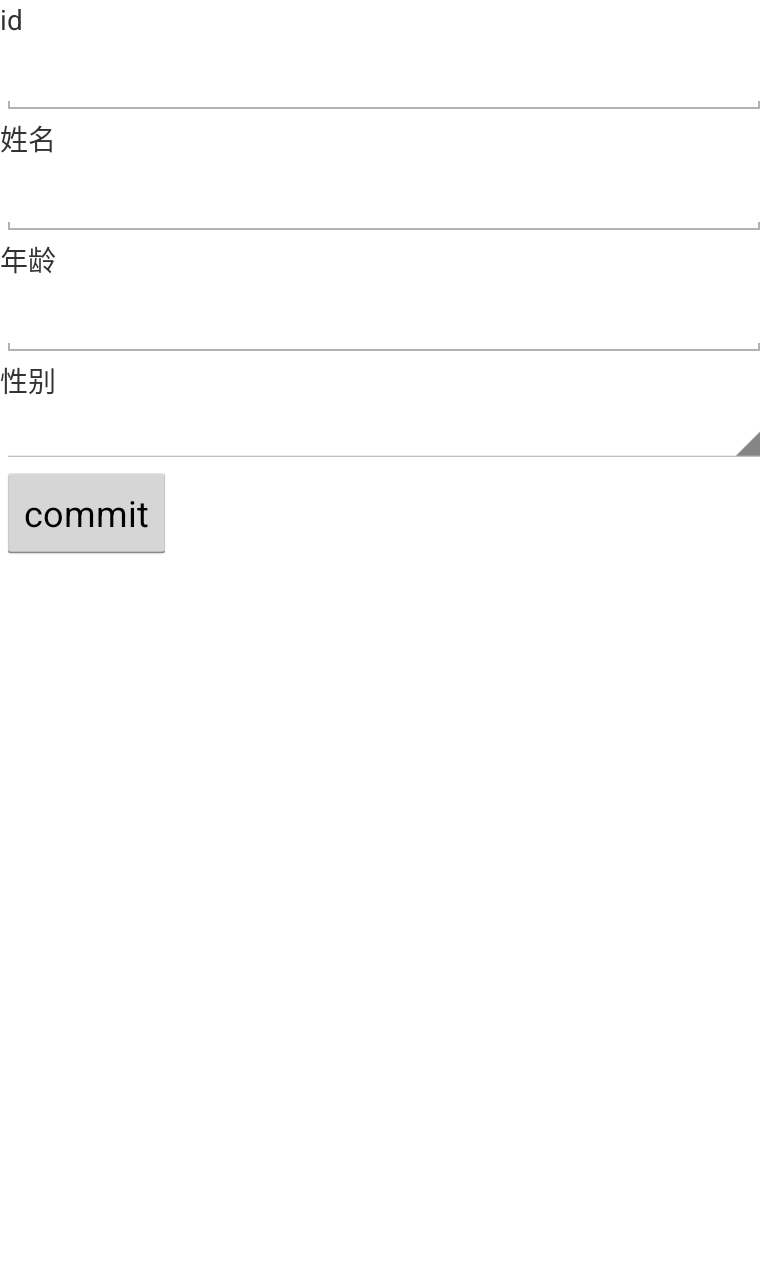
Repository: superlikex/Android_task
Layout: DatabaseTest/res/layout/activity_set.xml
These files come from the project's save history. The layout is drawn as it stood at one moment and after the next save; the edit follows.
It is drawn on a 768 x 1280 px phone screen (xhdpi) without system bars, with theme AppTheme; the app's code is not run.

Above is the layout before, as saved 2015-12-06 09:15:24.

### DatabaseTest/res/layout/activity_set.xml
<?xml version="1.0" encoding="utf-8"?>
<LinearLayout xmlns:android="http://schemas.android.com/apk/res/android"
    android:layout_width="match_parent"
    android:layout_height="match_parent"
    android:orientation="vertical" >
       <TextView
        android:id="@+id/text_id"
        android:layout_width="wrap_content"
        android:layout_height="wrap_content"
        android:text="id" />

         <EditText
        android:id="@+id/edit_id"
        android:layout_width="match_parent"
        android:layout_height="wrap_content"
        android:ems="10" >
        </EditText>



     <TextView
        android:id="@+id/text_name"
        android:layout_width="wrap_content"
        android:layout_height="wrap_content"
        android:text="姓名" />

    <EditText
        android:id="@+id/edit_name"
        android:layout_width="match_parent"
        android:layout_height="wrap_content"
        android:ems="10" >


    </EditText>

    <TextView
        android:id="@+id/text_age"
        android:layout_width="wrap_content"
        android:layout_height="wrap_content"
        android:text="年龄" />

    <EditText
        android:id="@+id/edit_age"
        android:layout_width="match_parent"
        android:layout_height="wrap_content"
        android:ems="10"
        android:inputType="number" />

    <TextView
        android:id="@+id/text_sex"
        android:layout_width="wrap_content"
        android:layout_height="wrap_content"
        android:text="性别" />

    <Spinner
        android:id="@+id/spin_sex"
        android:layout_width="match_parent"
        android:layout_height="wrap_content" />

    <Button
        android:id="@+id/bt_commit"
        android:layout_width="wrap_content"
        android:layout_height="wrap_content"
        android:text="commit" />

</LinearLayout>

Loaded but not shown: DatabaseTest/res/values/styles.xml (common file); DatabaseTest/res/values-v11/styles.xml (common file); DatabaseTest/res/values-v14/styles.xml (common file)

After the next save:
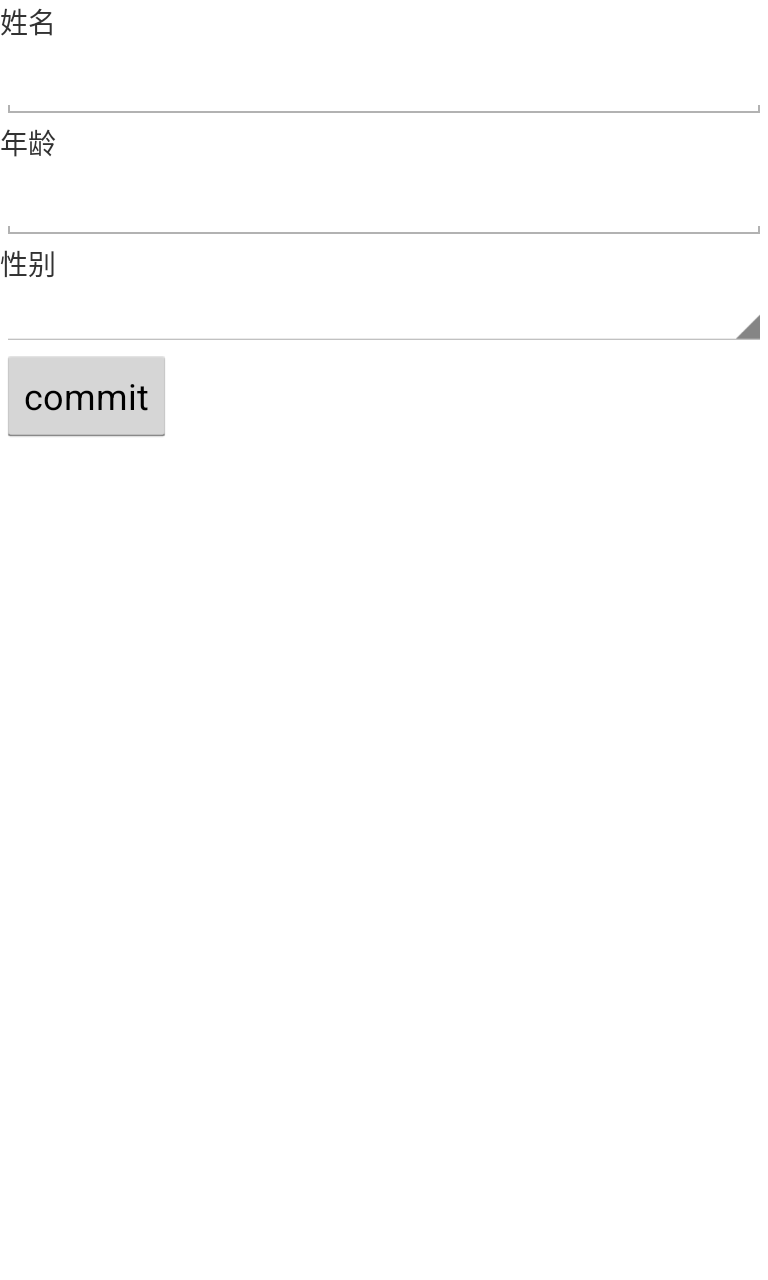
Saved 68 s later.
--- a/DatabaseTest/res/layout/activity_set.xml
+++ b/DatabaseTest/res/layout/activity_set.xml
@@ -3,18 +3,6 @@
     android:layout_width="match_parent"
     android:layout_height="match_parent"
     android:orientation="vertical" >
-       <TextView
-        android:id="@+id/text_id"
-        android:layout_width="wrap_content"
-        android:layout_height="wrap_content"
-        android:text="id" />
-
-         <EditText
-        android:id="@+id/edit_id"
-        android:layout_width="match_parent"
-        android:layout_height="wrap_content"
-        android:ems="10" >
-        </EditText>
 
 
 
